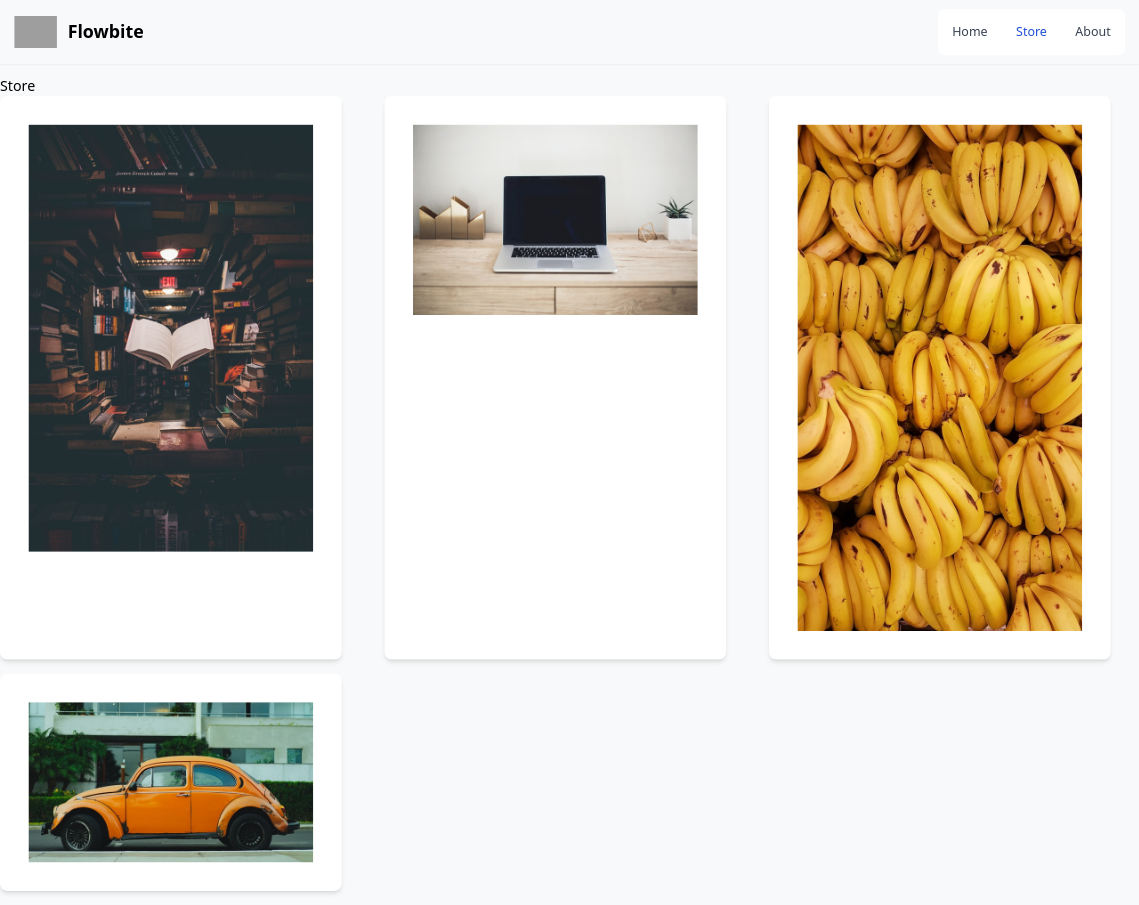
Repository: ducanhaep/react-ts-shopping-cart
Page: /store
These files come from the project's save history. The page is drawn as it stood at one moment and after the next save; the edit follows.
The browser window is 1280 px wide. The pictures show the whole page, at 89% of full size.
Pictures or frames that could not be fetched are drawn as grey boxes. The project was rebuilt for these pictures with package versions that can differ from the ones it lists, and the page was loaded fresh each time. Also part of the build but not shown: vite.config.ts, src/pages/About.js, src/pages/Home.js.

Above is the page before, as saved 2023-01-11 19:13:41.

After the next save:
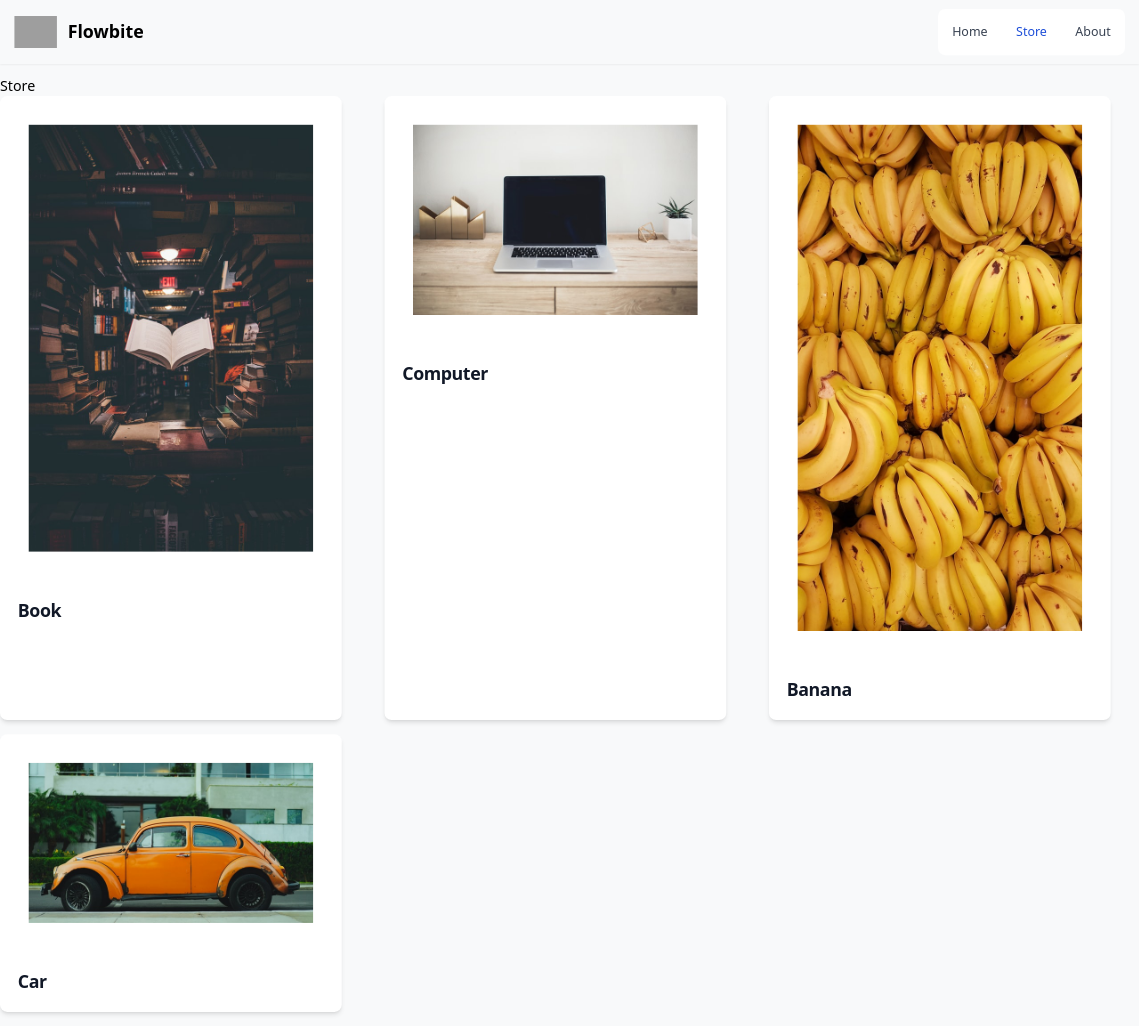
Saved 104 s later.
--- a/src/components/StoreItem.tsx
+++ b/src/components/StoreItem.tsx
@@ -12,6 +12,13 @@ export function StoreItem({ id, name, price, imgUrl }: StoreItemProps) {
       <Link to="#">
         <img src={imgUrl} alt="imgUrl" className="rounded-t-lg p-8" />
       </Link>
+      <div className="px-5 py-5">
+        <Link to="#">
+          <h5 className="text-xl font-semibold tracking-tight text-gray-900">
+            {name}
+          </h5>
+        </Link>
+      </div>
     </div>
   );
 }
